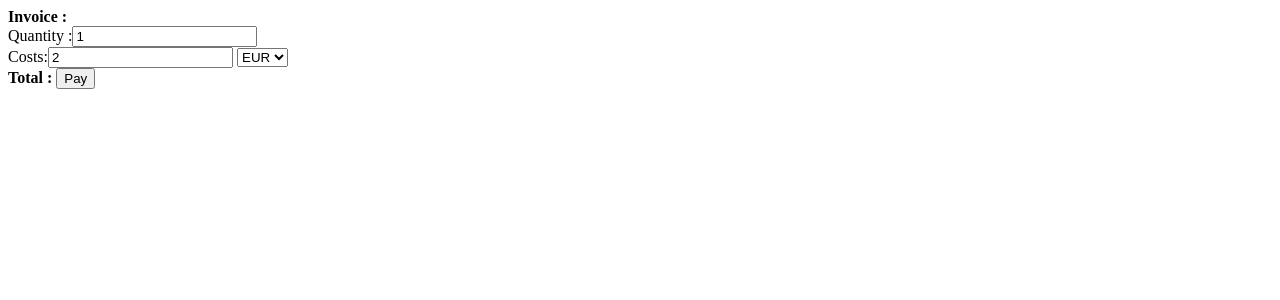
Repository: AKASHWETA/Angular
Page: Angular/WebContent/html/temp/tem2.html
The author's editor kept a copy of each file at every save. The page is drawn from the files as they stood at one save, then again after the next save.
The browser window is 1280 px wide. The pictures show the whole page.

Above is the page before, as saved 2016-10-16 14:00:36.

After the next save:
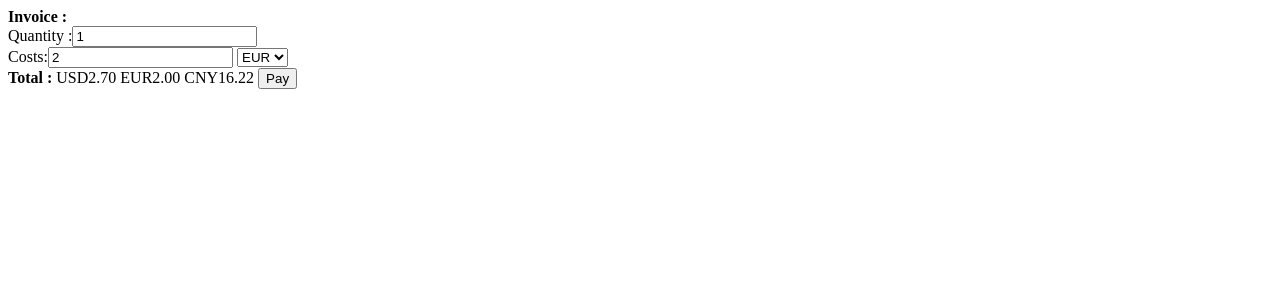
Saved 26 s later.
--- a/Angular/WebContent/html/temp/tem2.html
+++ b/Angular/WebContent/html/temp/tem2.html
@@ -22,7 +22,7 @@ Costs:<input type="number" min="0" ng-model="invoice.cost" reuired>
 <div>
 <b> Total :</b>
 <span ng-repeat="c in invoice.currencies">
-{{invoice.total(c) | }}
+{{invoice.total(c) | currency:c}}
 </span>
 <button class="btn" ng-click="invoice.pay()">Pay</button>
 </div>
